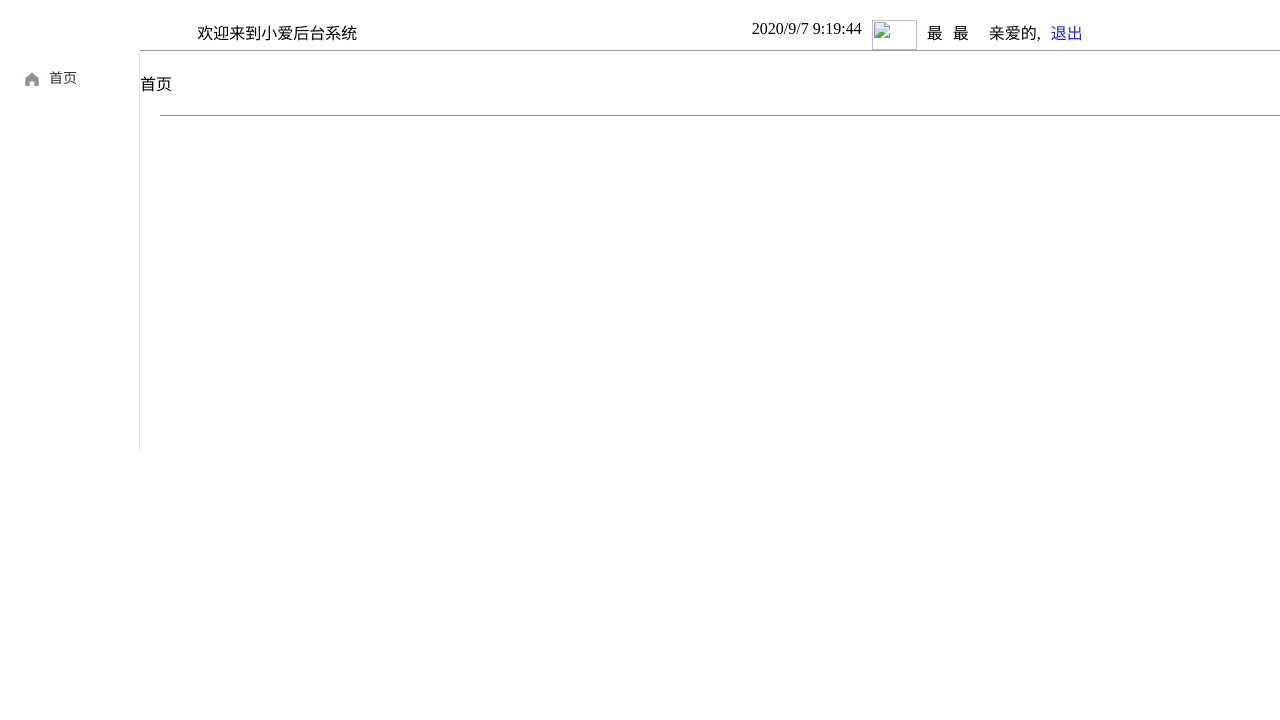
Repository: wujingwenwu/system
Page: /goods/goods, after clicking the first element matching `button.el-button`
The author's editor kept a copy of each file at every save. The page is drawn from the files as they stood at one save, then again after the next save.
The browser window is 1280 px wide. The pictures show the whole page.
The page's requests for data from a server got no answer. The project was rebuilt for these pictures with package versions that can differ from the ones it lists, and the page was loaded fresh each time. No one was signed in, and anything a server would have sent is missing. Also part of the build but not shown: vue.config.js, src/views/Home.vue.

Above is the page before, as saved 2020-09-07 14:34:08.

After the next save:
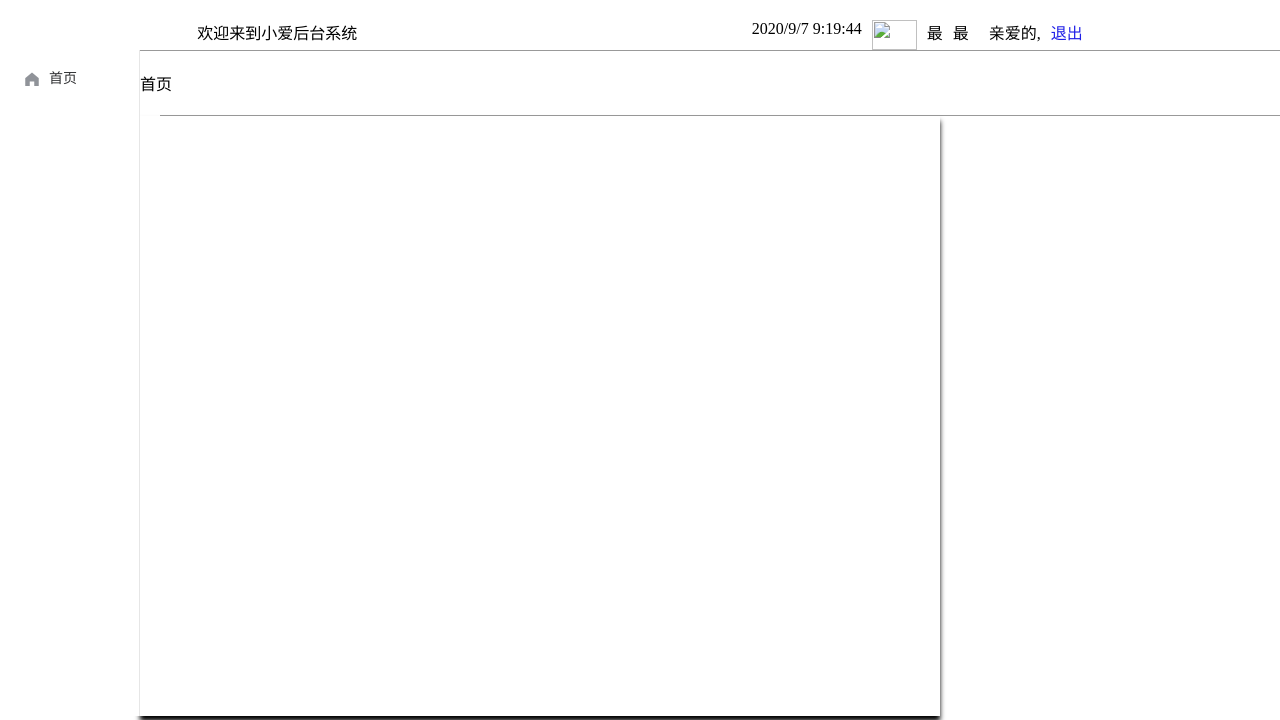
Saved 59 s later.
--- a/src/components/adjunction/Adjunction.vue
+++ b/src/components/adjunction/Adjunction.vue
@@ -1,5 +1,5 @@
 <template>
- <div>
+ <div class="back">
 
  </div>
 </template>
@@ -34,5 +34,9 @@
 </script>
 
 <style scoped lang='scss'>
-
+.back{
+    width: 800px;
+    height: 600px;
+    box-shadow: 0px 5px 5px;
+}
 </style>
